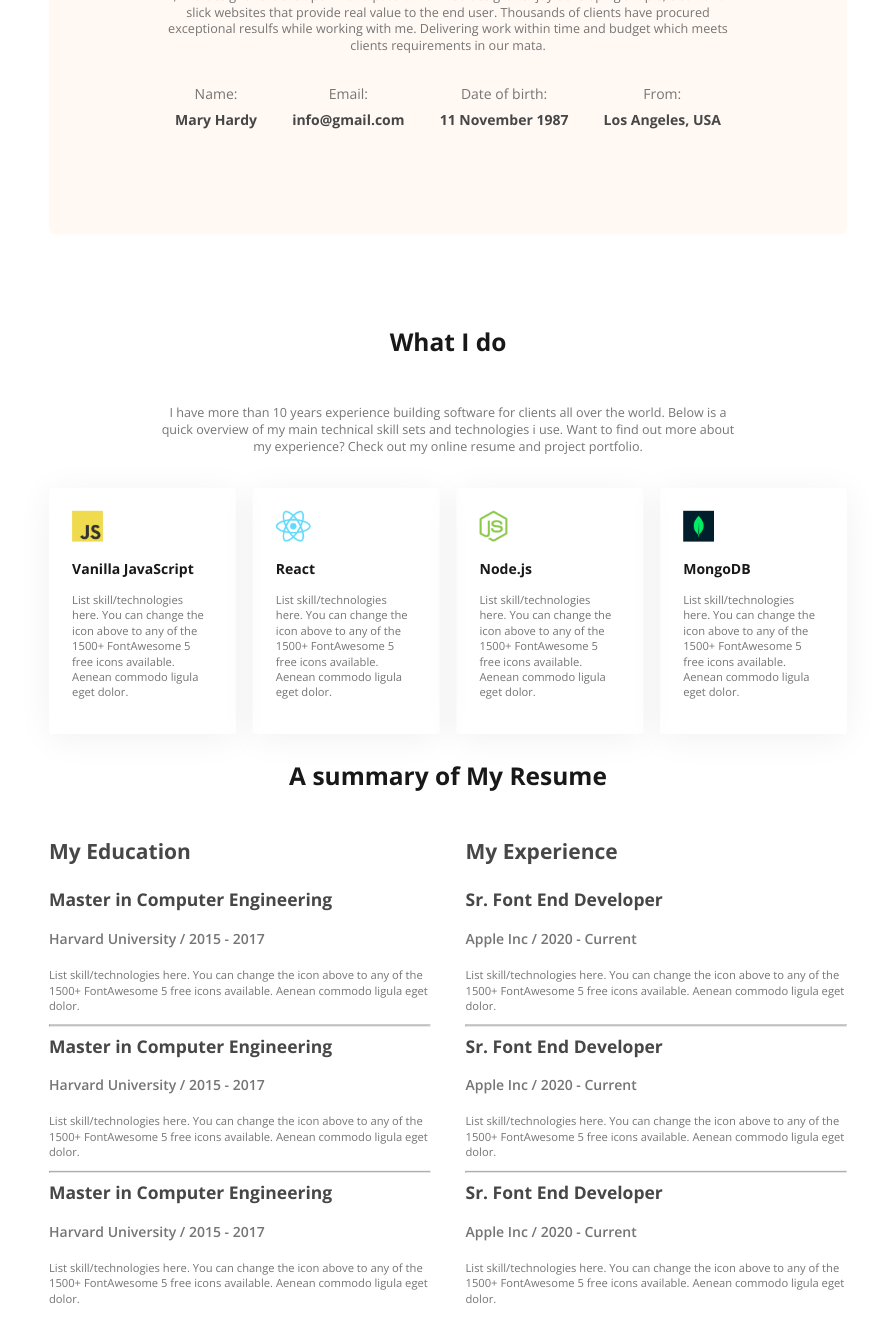
Repository: ShouravAhammed/Simple-Portfolio-Webpage
Page: index.html
These files come from the project's save history. The page is drawn as it stood at one moment and after the next save; the edit follows.
The browser window is 1280 px wide. The pictures show the part of the page from y = 1164 to 3084 px (the page is 3054 px tall before and 3084 px after), at 70% of full size.

Above is the page before, as saved 2024-01-06 03:11:59.

### index.html
<!DOCTYPE html>
<html lang="en">
<head>
    <meta charset="UTF-8">
    <meta name="viewport" content="width=device-width, initial-scale=1.0">
    <title>Mary</title>
    <link rel="stylesheet" href="index.css">
</head>
<body>
    <header class="header">
        <nav>
            <h3 class="nav-title">Ma<span class="text-primary">r</span>y</h3>
            <ul class="navber">
                <li><a href="">Portfolio</a></li>
                <li><a href="">Blog</a></li>
                <li><button class="btn-primary">Hire Me</button></li>
            </ul>
        </nav>
        <div class="banner">
            <div class="banner-content">
                <h3 class="banner-greeting">Hi, I  am</h3>
                <h1 class="banner-title">Mary Hardy</h1>
                <p class="banner-description">Shot what able cold new see hold.Friendly as an betrayed formerly he. Morning because as to society behaved moments.</p>
                <button class="btn-primary">Download</button>
                <button class="btn-primary">Contact</button>
            </div>
            <img class="profile-pic" src="images/hardy.png" alt="profile-pic">
        </div>
    </header>
    <main>
        <section class="about">
            <h3 class="section-title">About Me</h3>
            <p class="section-description">I, m a designer & developer with a passion for web design. I enjoy developing simple, clean and slick websites that provide real value to the end user. Thousands of clients have procured exceptional resulfs while working with me. Delivering work within time and budget which meets clients requirements in our mata.</p>
            <div class="about-info-container">
                <div class="about-info">
                    <h4 class="info-title">Name:</h4>
                    <p class="info-description">Mary Hardy</p>
                </div>
                <div class="about-info">
                    <h4 class="info-title">Email:</h4>
                    <p class="info-description">info@gmail.com</p>
                </div>
                <div class="about-info">
                    <h4 class="info-title">Date of birth:</h4>
                    <p class="info-description">11 November 1987</p>
                </div>
                <div class="about-info">
                    <h4 class="info-title">From:</h4>
                    <p class="info-description">Los Angeles, USA</p>
                </div>
            </div>
        </section>
        <!-- what i do section  -->
        <section>
            <h3 class="section-title">What I do</h3>
            <p id="what-i-do-description" class="section-description">I have more than 10 years experience building software for clients all over the world. Below is a quick overview of my main technical skill sets and technologies i use. Want to find out more about my experience? Check out my online resume and project portfolio.</p>
            <div class="skills-container">
                <div class="skills">
                    <img src="images/icons/js.png" alt="">
                    <h3 class="skills-title">Vanilla JavaScript</h3>
                    <p class="skills-description">List skill/technologies here. You can change the icon above to any of the 1500+ FontAwesome 5 free icons available. Aenean commodo ligula eget dolor.</p>
                </div>
                <div class="skills">
                    <img src="images/icons/react.png" alt="">
                    <h3 class="skills-title">React</h3>
                    <p class="skills-description">List skill/technologies here. You can change the icon above to any of the 1500+ FontAwesome 5 free icons available. Aenean commodo ligula eget dolor.</p>
                </div>
                <div class="skills">
                    <img src="images/icons/nodejs.png" alt="">
                    <h3 class="skills-title">Node.js</h3>
                    <p class="skills-description">List skill/technologies here. You can change the icon above to any of the 1500+ FontAwesome 5 free icons available. Aenean commodo ligula eget dolor.</p>
                </div>
                <div class="skills">
                    <img src="images/icons/mongo.png" alt="">
                    <h3 class="skills-title">MongoDB</h3>
                    <p class="skills-description">List skill/technologies here. You can change the icon above to any of the 1500+ FontAwesome 5 free icons available. Aenean commodo ligula eget dolor.</p>
                </div>
            </div>
        </section>
        <!-- Resume section -->
        <section>
            <h3 class="section-title">A summary of My Resume</h3>
            <div class="resume-container">
                <div class="resume-colum">
                    <h3 class="resume-column-title">My Education</h3>
                    <div class="resume-item">
                        <h3 class="resume-item-title">Master in Computer Engineering</h3>
                        <h4 class="resume-item-institute">Harvard University / 2015 - 2017</h4>
                        <p class="resume-item-description">List skill/technologies here. You can change the icon above
                            to any of the 1500+ FontAwesome 5 free icons available. Aenean commodo ligula eget dolor.</p>
                    </div>
                    <hr>
                    <div class="resume-item">
                        <h3 class="resume-item-title">Master in Computer Engineering</h3>
                        <h4 class="resume-item-institute">Harvard University / 2015 - 2017</h4>
                        <p class="resume-item-description">List skill/technologies here. You can change the icon above
                            to any of the 1500+ FontAwesome 5 free icons available. Aenean commodo ligula eget dolor.</p>
                    </div>
                    <hr>
                    <div class="resume-item">
                        <h3 class="resume-item-title">Master in Computer Engineering</h3>
                        <h4 class="resume-item-institute">Harvard University / 2015 - 2017</h4>
                        <p class="resume-item-description">List skill/technologies here. You can change the icon above
                            to any of the 1500+ FontAwesome 5 free icons available. Aenean commodo ligula eget dolor.</p>
                    </div>
                </div>
                <div class="resume-colum">
                    <h3 class="resume-column-title">My Experience</h3>
                    <div class="resume-item">
                        <h3 class="resume-item-title">Sr. Font End Developer</h3>
                        <h4 class="resume-item-institute">Apple Inc / 2020 - Current</h4>
                        <p class="resume-item-description">List skill/technologies here. You can change the icon above
                            to any of the 1500+ FontAwesome 5 free icons available. Aenean commodo ligula eget dolor.</p>
                    </div>
                    <hr>
                    <div class="resume-item">
                        <h3 class="resume-item-title">Sr. Font End Developer</h3>
                        <h4 class="resume-item-institute">Apple Inc / 2020 - Current</h4>
                        <p class="resume-item-description">List skill/technologies here. You can change the icon above
                            to any of the 1500+ FontAwesome 5 free icons available. Aenean commodo ligula eget dolor.</p>
                    </div>
                    <hr>
                    <div class="resume-item">
                        <h3 class="resume-item-title">Sr. Font End Developer</h3>
                        <h4 class="resume-item-institute">Apple Inc / 2020 - Current</h4>
                        <p class="resume-item-description">List skill/technologies here. You can change the icon above
                            to any of the 1500+ FontAwesome 5 free icons available. Aenean commodo ligula eget dolor.</p>
                    </div>
                </div>
            </div>
        </section>

    </main>
    <footer>

    </footer>
</body>
</html>

### index.css
@import url('https://fonts.googleapis.com/css2?family=Lato:ital,wght@0,100;0,300;0,400;0,700;0,900;1,100;1,300;1,400;1,700;1,900&display=swap');
@import url('https://fonts.googleapis.com/css2?family=Open+Sans:ital,wght@0,300;0,400;0,500;0,600;0,700;0,800;1,300;1,400;1,500;1,600;1,700;1,800&display=swap');
/* google fonts import */
/* *{
    margin: 0;
    padding: 0;
    outline: 0;
} */
ul, ol{
    list-style: none;
}
body{
    font-family: 'Open Sans', sans-serif;
}
hr{
    background: #D1D1D1;
    height: 1px;
}
.text-primary{
    color: #FD6E0A;
}
.btn-primary{
    border-radius: 5px;
    color: #fff;
    background: #FD6E0A;
    font-size: 20px;
    font-weight: 700;
    padding: 18px 35px;
    border: 0;
}

/* nav related style */
nav{
    display: flex;
    justify-content: space-between;
    align-items: center;
    margin: 0 200px;
}
.nav-title{
    color: #181818;
    font-size: 45px;
    font-weight: 800;
}
nav > ul{
    display: flex;
    align-items: center;
}
nav li{
    margin-right: 50px;
}
nav a{
    text-decoration: none;
    color: #474747;
}
/* header related style */
.header{
    background: #FFF8F3;
    background-image: url(images/header_bg.png);
    background-position: bottom right;
    background-repeat: no-repeat;
}
.banner{
    display: flex;
    justify-content: space-between;
    padding: 30px 30px 0px 150px;
    align-items: center;
}
.banner-content{
    max-width: 580px;
}
.banner .profile-pic{
    width: 500px;
}
.banner-greeting{
    color: #474747;
    font-size: 45px;
    margin-bottom: 0;
}
.banner-title{
    color: #181818;
    font-size: 85px;
    font-weight: 700;
    margin-top: 5px;
    margin-bottom: 20px;
}
.banner-description{
    color: #575757;
    font-size: 18px;
    font-weight: 400;
    margin-bottom: 20px;
}
/* main part style */
main{
    max-width: 1140px;
    margin: 0 auto;
}
/* about part style */
.about{
    border-radius: 10px;
    background: #FFF8F3;
    margin: 130px 0px;
    padding: 130px 155px;
}
.section-title{
    color: #181818;
    text-align: center;
    font-size: 35px;
    font-weight: 700;
}
.section-description{
    color: #757575;
    text-align: center;
    font-size: 18px;
    font-weight: 400;
}
.about-info-container{
    display: flex;
    justify-content: space-around;
}
.about-info{
    text-align: center;
}
.info-title{
    color:  #757575;
    text-align: center;
    font-size: 20px;
    font-weight: 400;
    margin-bottom: 0px;
}
.info-description{
    color:#474747;
    font-size: 20px;
    font-weight: 700;
    margin-top: 10px;
}
#what-i-do-description{
    padding: 30px 150px;
}
/* what i do section style */
.skills-container{
    display: flex;
    gap: 24px;
}
.skills{
    border-radius: 5px;
    box-shadow: 0px 6px 50px 0px rgba(0, 0, 0, 0.06);
    padding: 33px
}
.skills-title{
    color: #181818;
    font-size: 20px;
    font-weight: 700;
}
.skills-description{
    color:#757575;
    font-size: 16px;
    font-weight: 400;
}
/* Resume sectionpart start */
.resume-container{
    display: flex;
    gap: 50px;
}
.resume-column-title{
    color:#474747;
    font-size: 30px;
    font-weight: 700;
}
.resume-item-title{
    color: #474747;
    font-size: 25px;
    font-weight: 700;
    margin-top: 10px;
}
.resume-item-institute{
    color: #757575;
    font-size: 20px;
    font-weight: 600;
}
.resume-item-description{
    color: #757575;
    font-size: 16px;
    font-weight: 400;
}

After the next save:
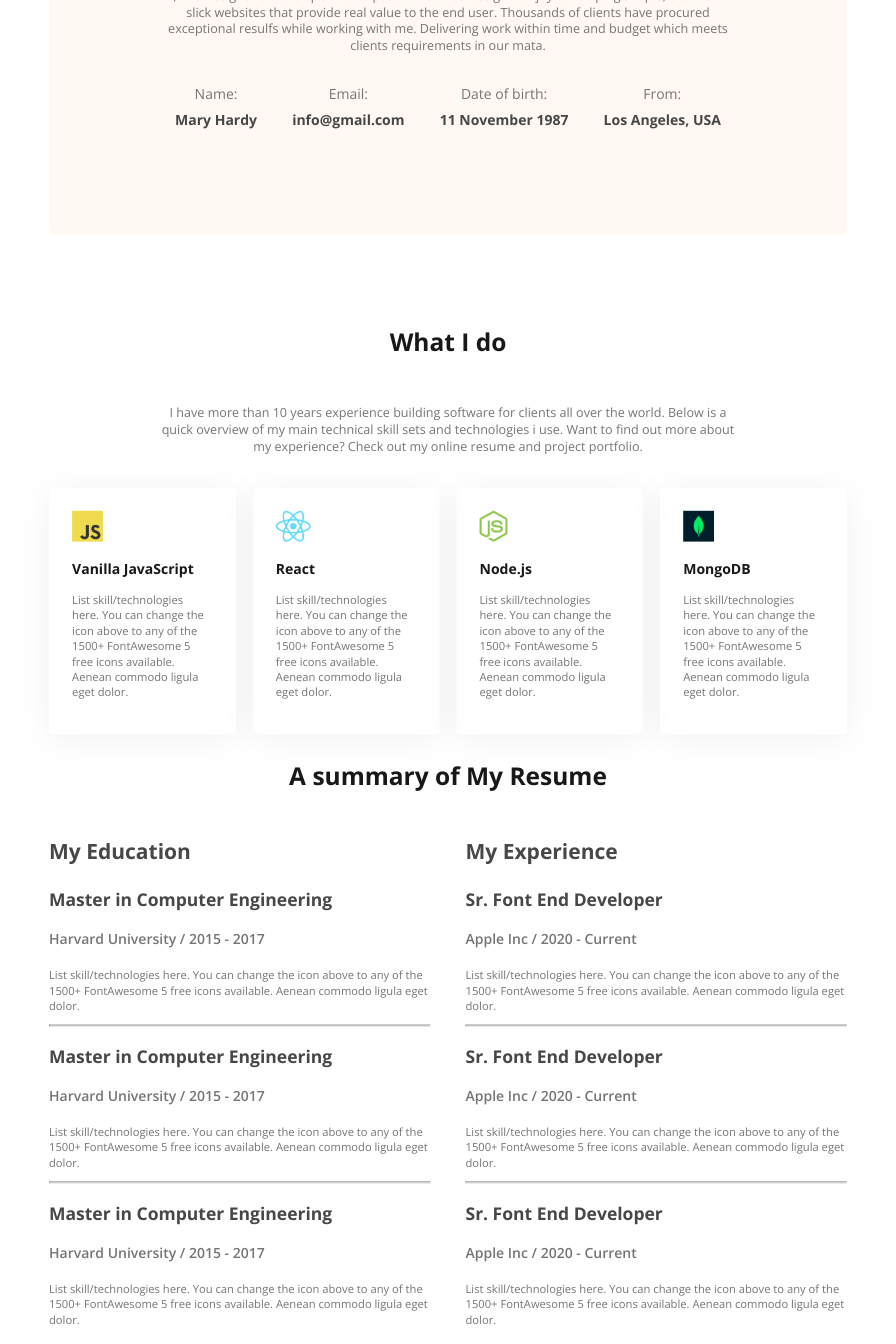
Saved 6 s later.
--- a/index.css
+++ b/index.css
@@ -170,7 +170,6 @@ main{
     color: #474747;
     font-size: 25px;
     font-weight: 700;
-    margin-top: 10px;
 }
 .resume-item-institute{
     color: #757575;
